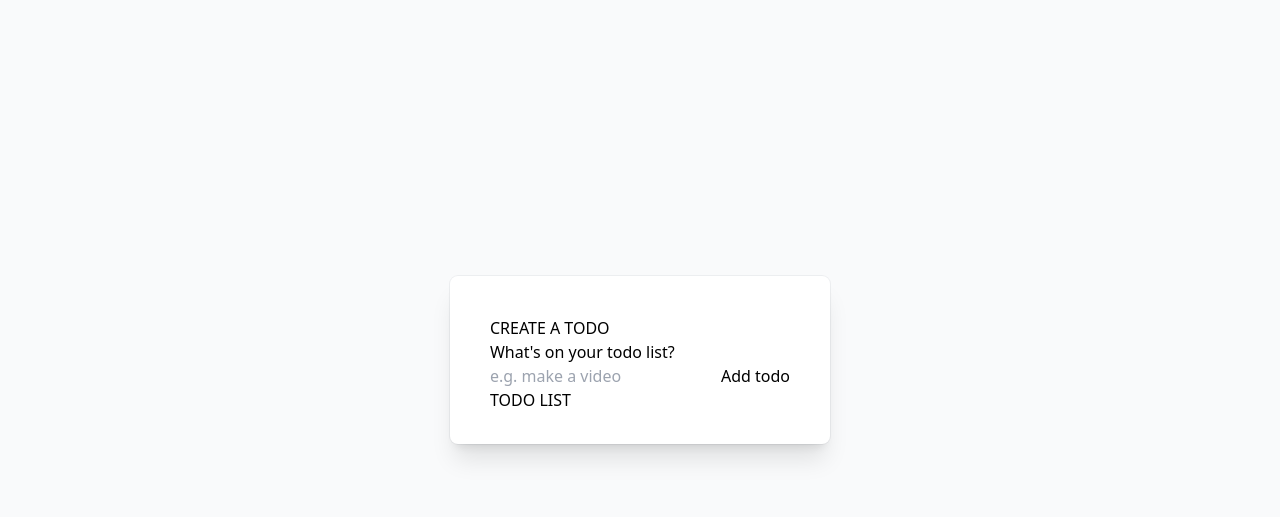
Repository: Kajo-lab/vue-todo
Page: /
These files come from the project's save history. The page is drawn as it stood at one moment and after the next save; the edit follows.
The browser window is 1280 px wide. The pictures show the whole page.
The project was rebuilt for these pictures with package versions that can differ from the ones it lists, and the page was loaded fresh each time. Also part of the build but not shown: vite.config.js, webpack.config.js.

Above is the page before, as saved 2022-07-07 16:29:16.

After the next save:
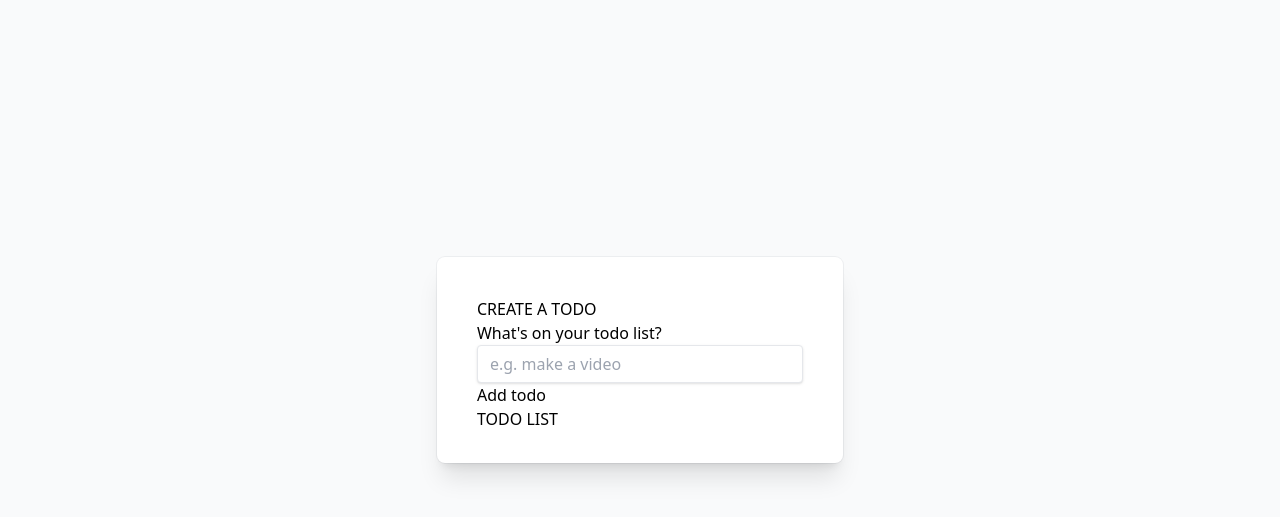
Saved 78 s later.
--- a/src/App.vue
+++ b/src/App.vue
@@ -53,6 +53,7 @@ onMounted(() => {
 				<form id="new-todo-form" @submit.prevent="addTodo">
 					<h4>What's on your todo list?</h4>
 					<input
+						class="shadow appearance-none border rounded w-full py-2 px-3 text-gray-700 leading-tight focus:outline-none focus:shadow-outline"
 						type="text"
 						name="content"
 						id="content"
